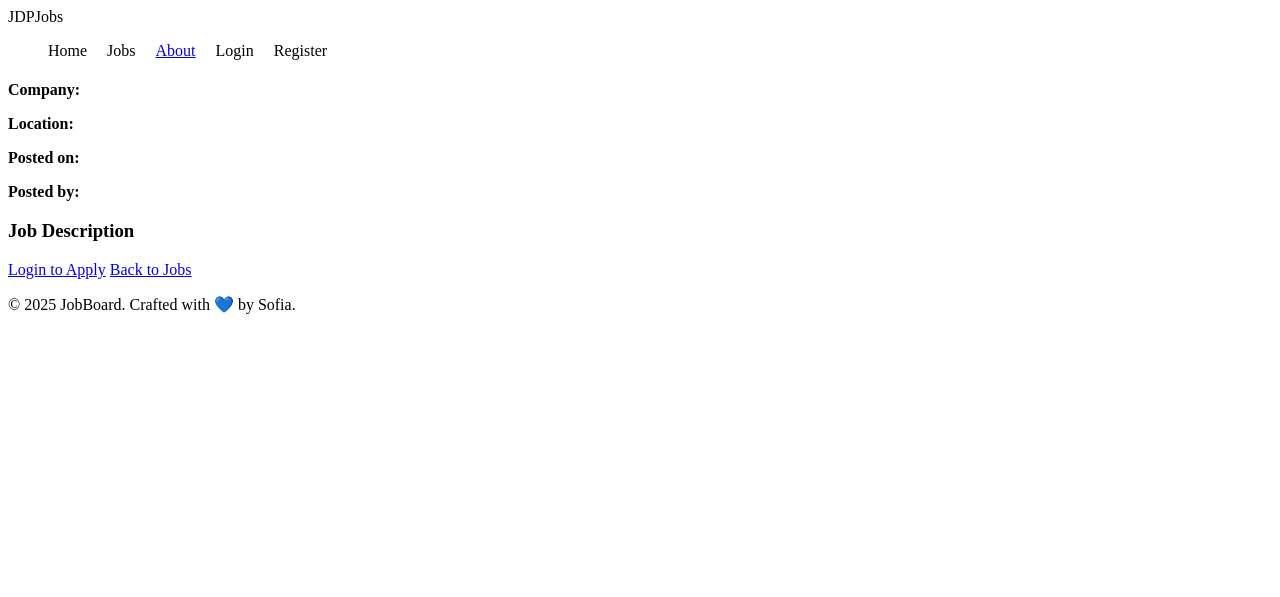
Repository: sofia123776/jobboard
Page: jobs/templates/jobs/job_detail.html
These files come from the project's save history. The page is drawn as it stood at one moment and after the next save; the edit follows.
The browser window is 1280 px wide. The pictures show the whole page.
The template is drawn by Django 5.2. The application's start-up code is not run. Other server files are loaded and not shown. The template is opened directly, without the code that normally fills it, so the values that code supplies are empty.

Above is the page before, as saved 2025-10-10 13:16:29.

### jobs/templates/jobs/job_detail.html
{% load static %}
<!DOCTYPE html>
<html lang="en">
<head>
  <meta charset="UTF-8">
  <meta name="viewport" content="width=device-width, initial-scale=1.0">
  <title>{{ job.title }} | JobBoard</title>
  <link rel="stylesheet" href="{% static 'css/style.css' %}">
</head>
<body>
  <header class="navbar">
    <div class="logo">JDP<span>Jobs</span></div>
    <nav>
      <ul style="list-style:none; display:flex; gap:20px; align-items:center; margin-right:50px;">
        <li><a href="{% url 'home' %}" style="text-decoration:none; color:#000;">Home</a></li>
        <li><a href="{% url 'job_list' %}" style="text-decoration:none; color:#000;">Jobs</a></li>
        <li><a href="#">About</a></li>
        {% if user.is_authenticated %}
          <li><a href="{% url 'logout' %}" style="text-decoration:none; color:#000;">Logout</a></li>
        {% else %}
          <li><a href="{% url 'login' %}" style="text-decoration:none; color:#000;">Login</a></li>
          <li><a href="{% url 'register' %}" style="text-decoration:none; color:#000;">Register</a></li>
        {% endif %}
      </ul>
    </nav>
  </header>

  <div class="container">
    <div class="job-detail">
      <h1 class="page-title">{{ job.title }}</h1>
      <div class="job-meta">
        <p><strong>Company:</strong> {{ job.company }}</p>
        <p><strong>Location:</strong> {{ job.location }}</p>
        <p><strong>Posted on:</strong> {{ job.date_posted|date:"F d, Y" }}</p>
        {% if job.salary %}
          <p><strong>Salary:</strong> ${{ job.salary }}</p>
        {% endif %}
        <p><strong>Posted by:</strong> {{ job.posted_by.username }}</p>
      </div>

      <div class="job-content">
        <h3>Job Description</h3>
        <p>{{ job.description|linebreaks }}</p>
      </div>

      <div class="job-actions">
        {% if user.is_authenticated %}
          {% if user == job.posted_by %}
            <p class="text-info">You posted this job</p>
          {% else %}
            <a href="{% url 'apply_job' job.id %}" class="btn btn-primary">Apply Now</a>
          {% endif %}
        {% else %}
          <a href="{% url 'login' %}" class="btn btn-primary">Login to Apply</a>
        {% endif %}
        <a href="{% url 'job_list' %}" class="btn btn-outline">Back to Jobs</a>
      </div>
    </div>
  </div>

  <footer>
    <p>© 2025 JobBoard. Crafted with 💙 by Sofia.</p>
  </footer>
</body>
</html>

### accounts/static/css/style.css
.form-container {
    width: 350px;
    margin: 100px auto;
    background: rgba(255, 255, 255, 0.9);
    padding: 2rem;
    border-radius: 12px;
    box-shadow: 0 5px 20px rgba(0,0,0,0.1);
    text-align: center;
}

.form-container h2 {
    margin-bottom: 1rem;
    color: #2a3d66;
}

.form-container input {
    width: 90%;
    padding: 10px;
    margin: 8px 0;
    border: 1px solid #ddd;
    border-radius: 6px;
    font-size: 15px;
}

.form-container button {
    width: 100%;
    background-color: #2a3d66;
    color: white;
    border: none;
    padding: 10px;
    border-radius: 6px;
    font-size: 16px;
    cursor: pointer;
    transition: 0.3s;
}

.form-container button:hover {
    background-color: #1c294d;
}

After the next save:
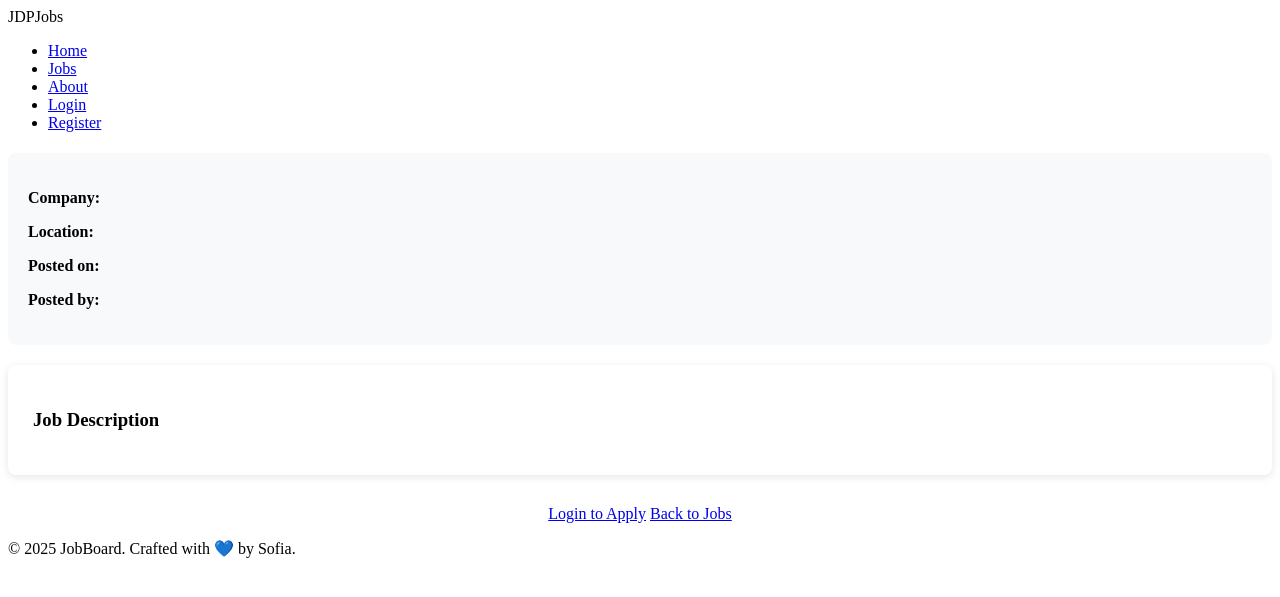
Saved 27 s later.
--- a/jobs/templates/jobs/job_detail.html
+++ b/jobs/templates/jobs/job_detail.html
@@ -11,15 +11,15 @@
   <header class="navbar">
     <div class="logo">JDP<span>Jobs</span></div>
     <nav>
-      <ul style="list-style:none; display:flex; gap:20px; align-items:center; margin-right:50px;">
-        <li><a href="{% url 'home' %}" style="text-decoration:none; color:#000;">Home</a></li>
-        <li><a href="{% url 'job_list' %}" style="text-decoration:none; color:#000;">Jobs</a></li>
+      <ul>
+        <li><a href="{% url 'home' %}">Home</a></li>
+        <li><a href="{% url 'job_list' %}">Jobs</a></li>
         <li><a href="#">About</a></li>
         {% if user.is_authenticated %}
-          <li><a href="{% url 'logout' %}" style="text-decoration:none; color:#000;">Logout</a></li>
+          <li><a href="{% url 'logout' %}">Logout</a></li>
         {% else %}
-          <li><a href="{% url 'login' %}" style="text-decoration:none; color:#000;">Login</a></li>
-          <li><a href="{% url 'register' %}" style="text-decoration:none; color:#000;">Register</a></li>
+          <li><a href="{% url 'login' %}">Login</a></li>
+          <li><a href="{% url 'register' %}">Register</a></li>
         {% endif %}
       </ul>
     </nav>
@@ -28,7 +28,7 @@
   <div class="container">
     <div class="job-detail">
       <h1 class="page-title">{{ job.title }}</h1>
-      <div class="job-meta">
+      <div class="job-meta" style="background: #f8f9fa; padding: 20px; border-radius: 8px; margin-bottom: 20px;">
         <p><strong>Company:</strong> {{ job.company }}</p>
         <p><strong>Location:</strong> {{ job.location }}</p>
         <p><strong>Posted on:</strong> {{ job.date_posted|date:"F d, Y" }}</p>
@@ -38,22 +38,22 @@
         <p><strong>Posted by:</strong> {{ job.posted_by.username }}</p>
       </div>
 
-      <div class="job-content">
+      <div class="job-content" style="background: white; padding: 25px; border-radius: 8px; box-shadow: 0 2px 8px rgba(0,0,0,0.1);">
         <h3>Job Description</h3>
         <p>{{ job.description|linebreaks }}</p>
       </div>
 
-      <div class="job-actions">
+      <div class="job-actions" style="margin-top: 30px; text-align: center;">
         {% if user.is_authenticated %}
           {% if user == job.posted_by %}
-            <p class="text-info">You posted this job</p>
+            <p style="color: #004aad; font-weight: bold;">You posted this job</p>
           {% else %}
             <a href="{% url 'apply_job' job.id %}" class="btn btn-primary">Apply Now</a>
           {% endif %}
         {% else %}
           <a href="{% url 'login' %}" class="btn btn-primary">Login to Apply</a>
         {% endif %}
-        <a href="{% url 'job_list' %}" class="btn btn-outline">Back to Jobs</a>
+        <a href="{% url 'job_list' %}" class="btn btn-outline-primary">Back to Jobs</a>
       </div>
     </div>
   </div>
